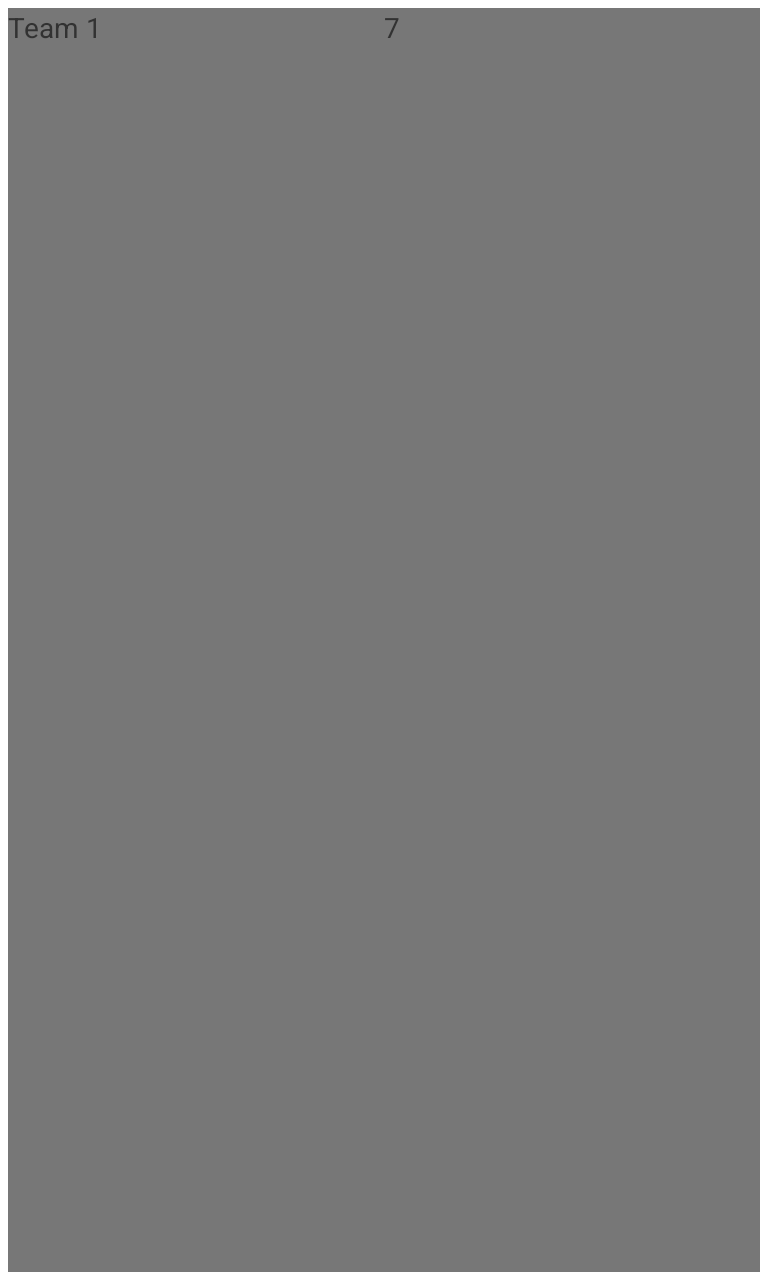
Repository: jemcphe/MDF3
Layout: Week3 Widget/TeamWidget/res/layout/widget_layout.xml
These files come from the project's save history. The layout is drawn as it stood at one moment and after the next save; the edit follows.
It is drawn on a 768 x 1280 px phone screen (xhdpi) without system bars, with theme AppTheme; the app's code is not run.

Above is the layout before, as saved 2013-07-26 02:16:39.

After the next save:
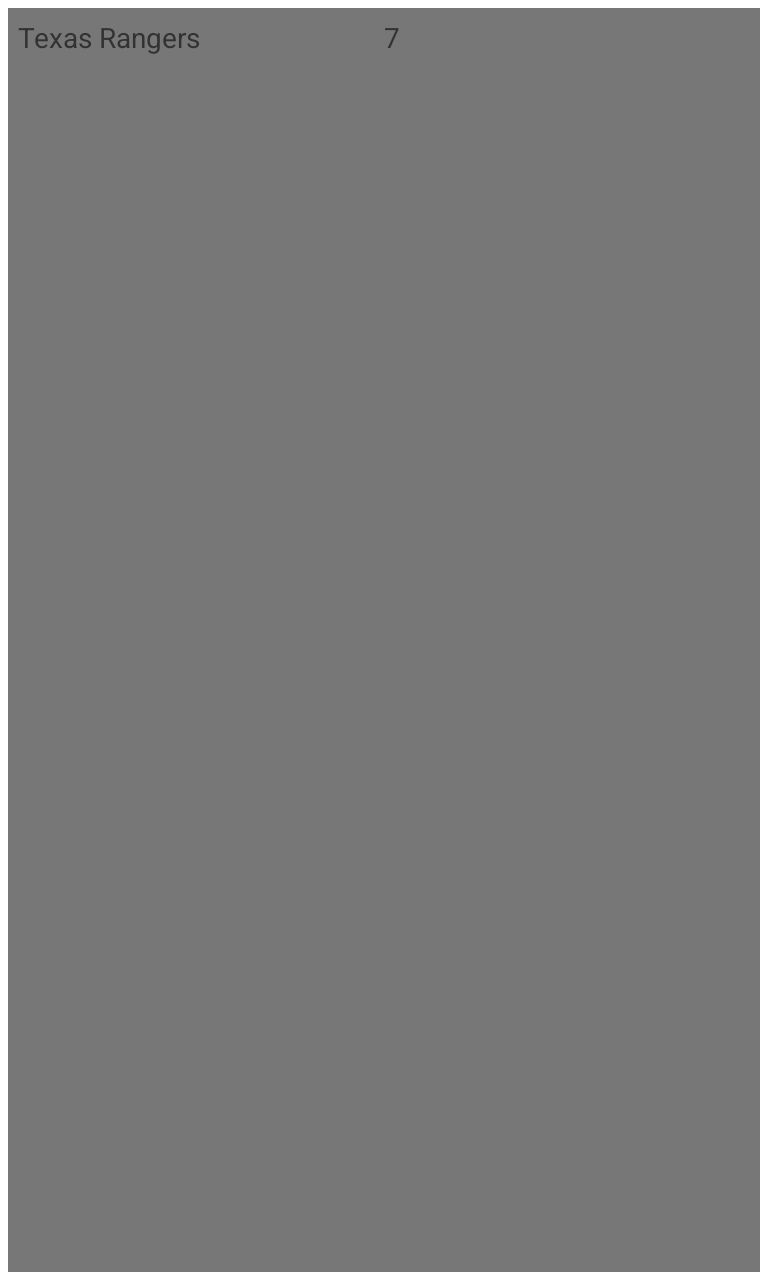
Saved 117 s later.
--- a/Week3 Widget/TeamWidget/res/layout/widget_layout.xml
+++ b/Week3 Widget/TeamWidget/res/layout/widget_layout.xml
@@ -9,14 +9,15 @@
 	    android:layout_width="match_parent"
 	    android:layout_height="match_parent"
 	    android:orientation="horizontal"
-	    android:background="#777777">
+	    android:background="#777777"
+	    android:padding="5dp">
 
 	    <TextView
 	        android:id="@+id/team1"
 	        android:layout_width="40dp"
 	        android:layout_height="wrap_content"
 	        android:layout_weight="1"
-	        android:text="Team 1" />
+	        android:text="Texas Rangers" />
 
 	    <TextView
 	        android:id="@+id/runs1"
